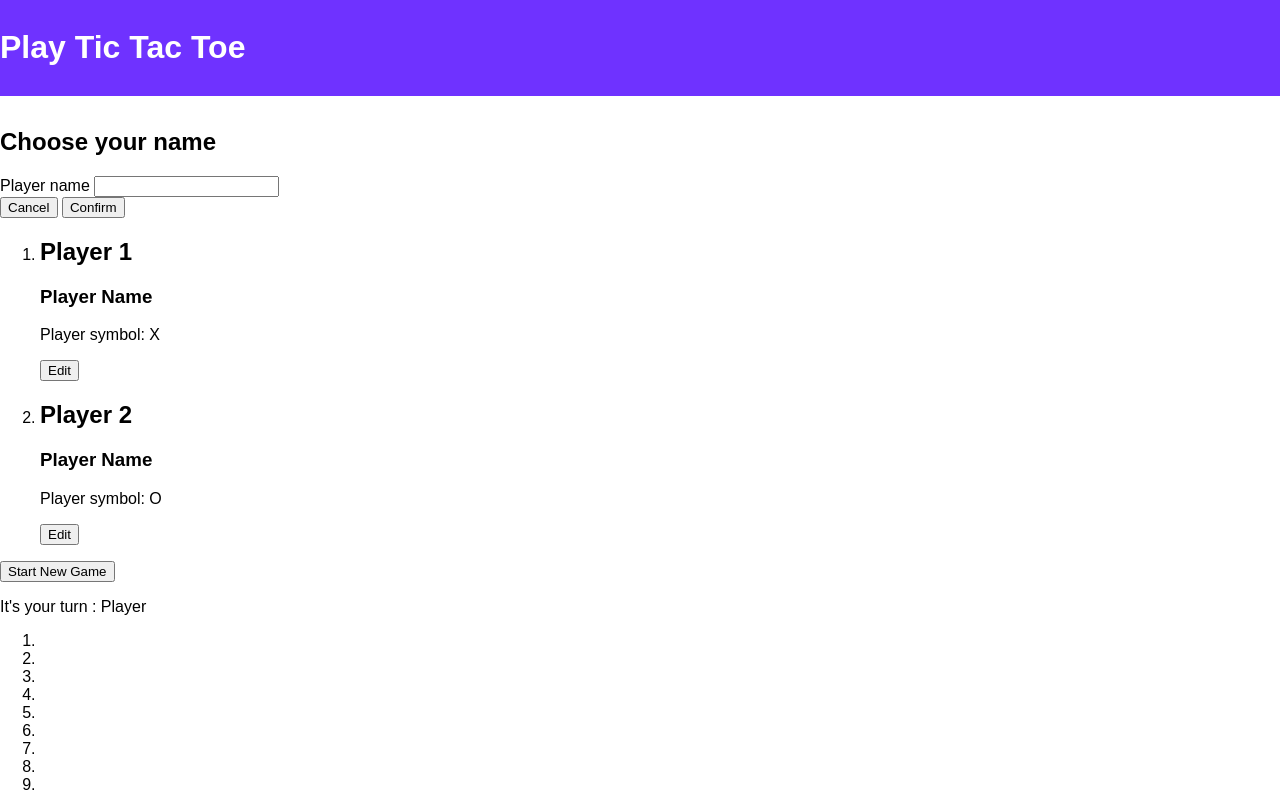
Repository: Harjot00/Wevdev
Page: Tic tac toe/index.html
These files come from the project's save history. The page is drawn as it stood at one moment and after a run of saves; the edit follows.
The browser window is 1280 px wide. The pictures show the whole page.
Some web fonts or font styles are not loaded; a fallback is used.

Above is the page before, as saved 2022-05-20 23:09:43.

After the next 2 saves:
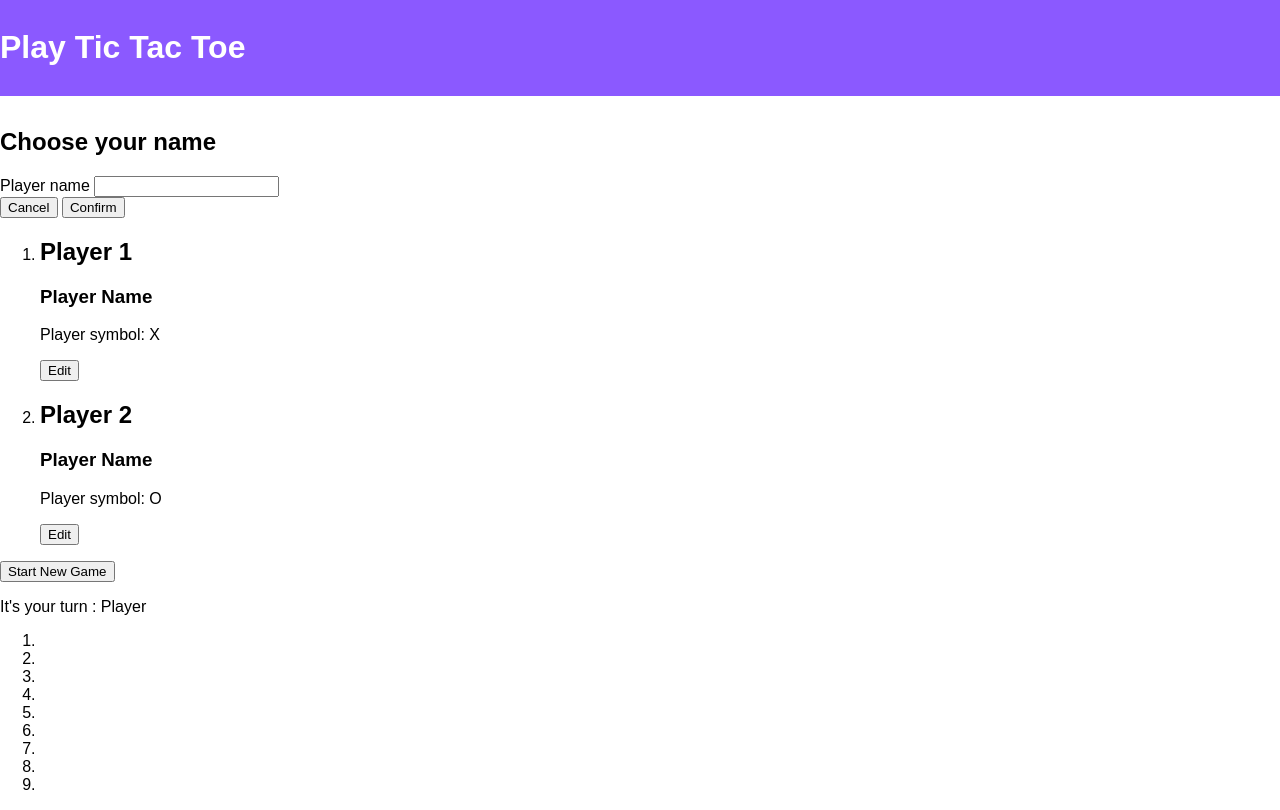
The 2 saves are shown as one change because they came seconds apart.
The last was saved 7 s later.
--- a/Tic tac toe/styles.css
+++ b/Tic tac toe/styles.css
@@ -5,7 +5,7 @@ body{
     padding: 0;
 }
 header{
-    background-color: #6f32ff;
+    background-color: #8b59ff;
     margin:0 0 2rem 0;
     padding: 0.5rem 0;
     color:white;
